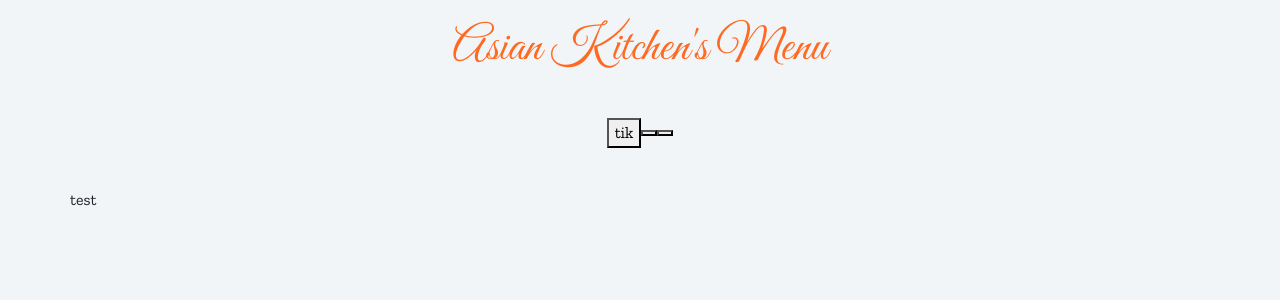
Repository: rizacantire/javascript
Page: Odev3/index.html
These files come from the project's save history. The page is drawn as it stood at one moment and after the next save; the edit follows.
The browser window is 1280 px wide. The pictures show the whole page.

Above is the page before, as saved 2021-12-11 23:19:11.

After the next save:
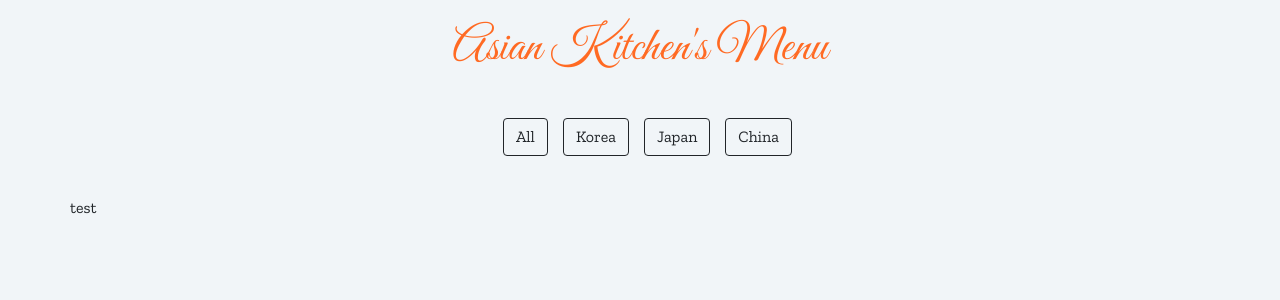
Saved 2 min 21 s later.
--- a/Odev3/index.html
+++ b/Odev3/index.html
@@ -28,7 +28,10 @@
         </div>
         <!-- filter buttons-->
         <div class="btn-container">
-            <button>tik</button><button></button><button></button>
+            <button class="btn btn-outline-dark btn-item">All</button>
+            <button class="btn btn-outline-dark btn-item">Korea</button>
+            <button class="btn btn-outline-dark btn-item">Japan</button>
+            <button class="btn btn-outline-dark btn-item">China</button>
         </div>
         <!-- menu items -->
         <div class="section-center row">
